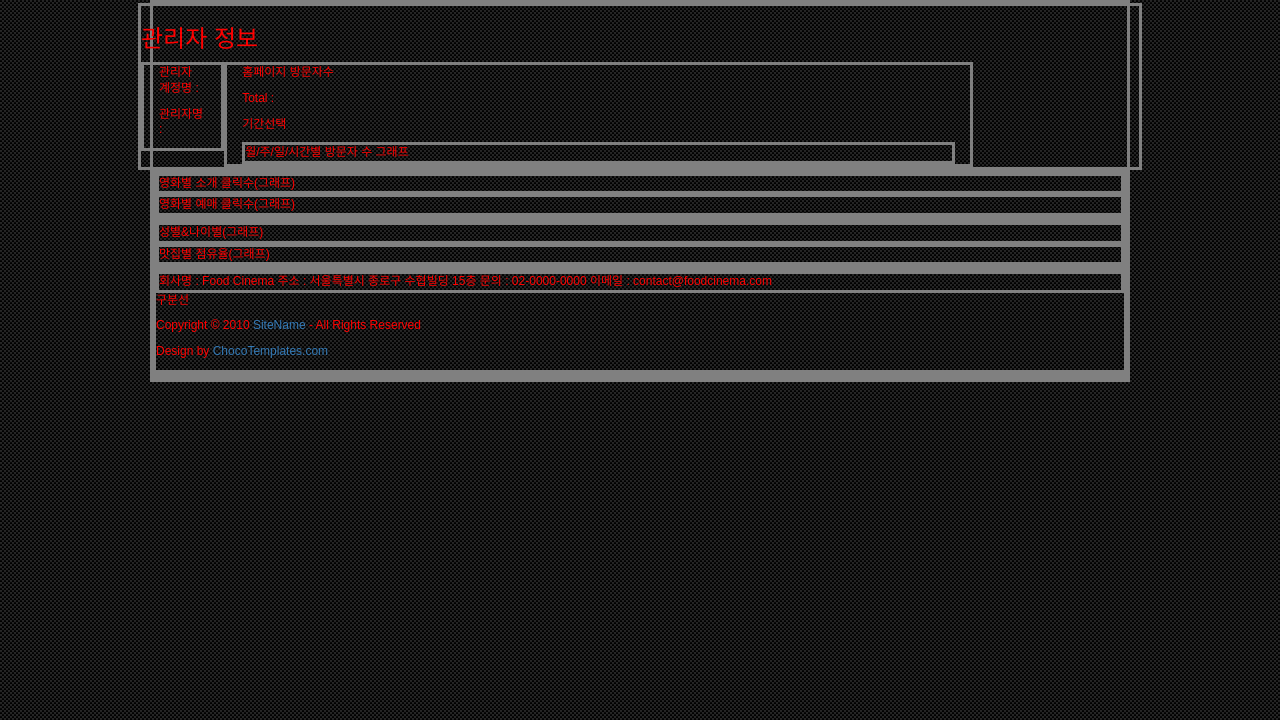
Repository: fhwang2/WEB
Page: http://localhost/FoodCinema/admin.jsp
These files come from the project's save history. The page is drawn as it stood at one moment and after the next save; the edit follows.
The browser window is 1280 px wide. The pictures show the whole page.
The page is served by Tomcat 9.

Above is the page before, as saved 2019-07-11 09:41:32.

### FoodCinema/WebContent/admin.jsp
<%@ page language="java" contentType="text/html; charset=UTF-8"
	pageEncoding="UTF-8"%>
<!DOCTYPE html>
<head>
<title>Food Cinema</title>
<meta http-equiv="Content-Type" content="text/html; charset=utf-8" />

<!-- css/style.css = grid -->
<link rel="stylesheet" href="https://maxcdn.bootstrapcdn.com/bootstrap/3.4.0/css/bootstrap.min.css">

<script src="https://ajax.googleapis.com/ajax/libs/jquery/3.4.1/jquery.min.js"></script>
<script	src="https://maxcdn.bootstrapcdn.com/bootstrap/3.4.0/js/bootstrap.min.js"></script>
<script type="text/javascript" src="js/jquery-1.4.2.min.js"></script>
<script type="text/javascript" src="js/jquery-func.js"></script>

<style>
* {
	margin:0;
	padding:0;
	outline:0;
}

body {
	font-size:12px;
	line-height:1.3;
	font-family:Arial, Helvetica, Sans-Serif;
	color:red;
	background:url('images/body-bg.gif');
}

div {
	border-style: solid;
	border-color: gray;
}

#shell {
	width:980px;
	margin:0 auto;
}

</style>

</head>
<body>
	<div id="shell">
		<!-- <div id="header">
			<h1 id="logo">
				<a href="#">FoodCinema</a>
			</h1>
		</div> -->
		<div id="admin_total" class="row">
			<h3>관리자 정보</h3>
			<div id="admin_info" class="col-sm-1">

				<p class="">
					관리자 계정명 :
					<%

				%>
				</p>
				<p>
					관리자명 :
					<%

				%>
				</p>
			</div>
			<div id="totalCnt" class="col-sm-9">
				<p>홈페이지 방문자수</p>
				<p>
					Total :
					<%

				%>
				</p>
				<p>기간선택</p>
				<div id="visitor">월/주/일/시간별 방문자 수 그래프</div>
			</div>
		</div>
		<div id="movie_stat">
			<div id="movie_info_count">영화별 소개 클릭수(그래프)</div>
			<div id="movie_ing_count">영화별 예매 클릭수(그래프)</div>
		</div>
		<div id="matzip_stat">
			<div id="matzip_sex+age">성별&나이별(그래프)</div>
			<div id="matzip_share">맛집별 점유율(그래프)</div>
		</div>
		<div id="footer">
			<div id="companyInfo">
				회사명 : Food Cinema
				주소 : 서울특별시 종로구 수협빌딩 15층
				문의 : 02-0000-0000
				이메일 : contact@foodcinema.com
			</div>
			<p>구분선</p>
			<p class="lf">
				Copyright &copy; 2010 <a href="#">SiteName</a> - All Rights Reserved
			</p>
			<p class="rf">
				Design by <a href="http://chocotemplates.com/">ChocoTemplates.com</a>
			</p>
			<div style="clear: both;"></div>
		</div>
	</div>
</body>
</html>

Loaded but not shown: FoodCinema/WebContent/js/jquery-1.4.2.min.js (library); FoodCinema/WebContent/js/jquery-func.js (common file)

After the next save:
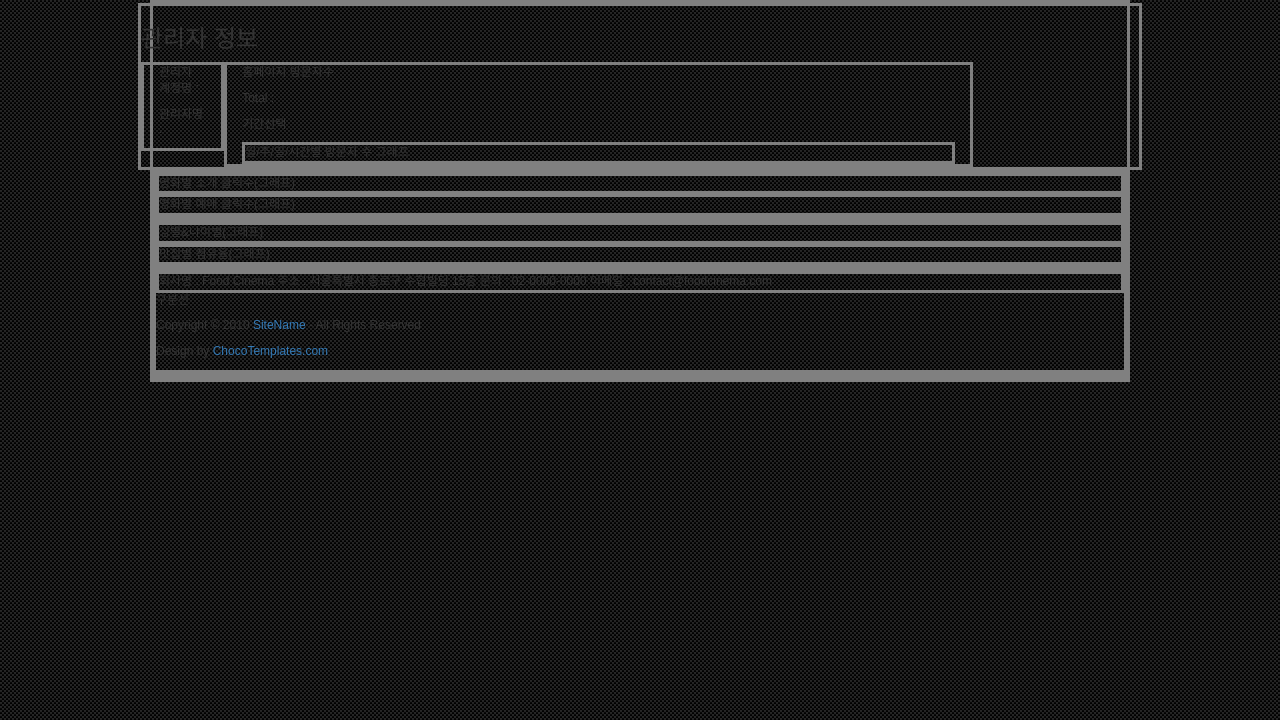
Saved 16 s later.
--- a/FoodCinema/WebContent/admin.jsp
+++ b/FoodCinema/WebContent/admin.jsp
@@ -24,7 +24,7 @@ body {
 	font-size:12px;
 	line-height:1.3;
 	font-family:Arial, Helvetica, Sans-Serif;
-	color:red;
+	font-color: blue;
 	background:url('images/body-bg.gif');
 }
 
